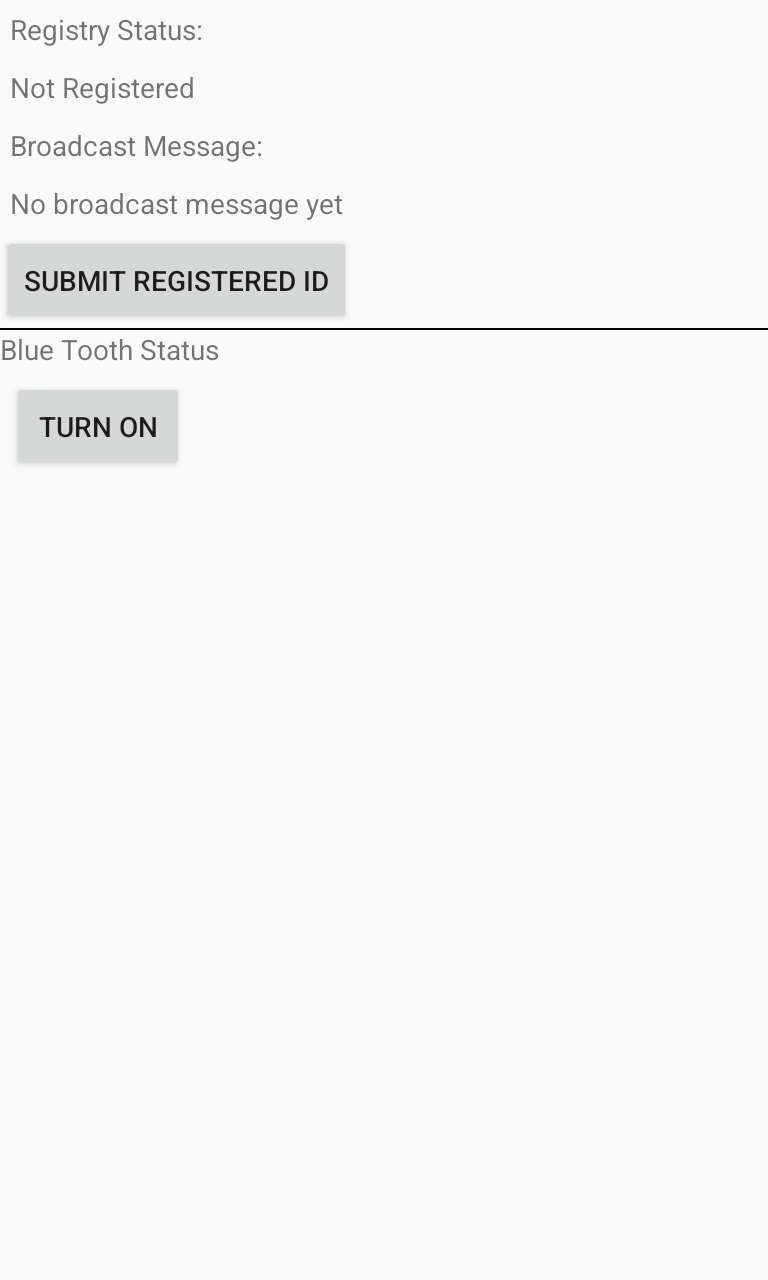
Repository: AlanTai/prjAppIntegration
Layout: prjCandyHouse/res/layout/activity_main.xml
These files come from the project's save history. The layout is drawn as it stood at one moment and after the next save; the edit follows.
It is drawn on a 768 x 1280 px phone screen (xhdpi) without system bars, with theme AppTheme; the app's code is not run.

Above is the layout before, as saved 2014-11-09 17:34:38.

After the next save:
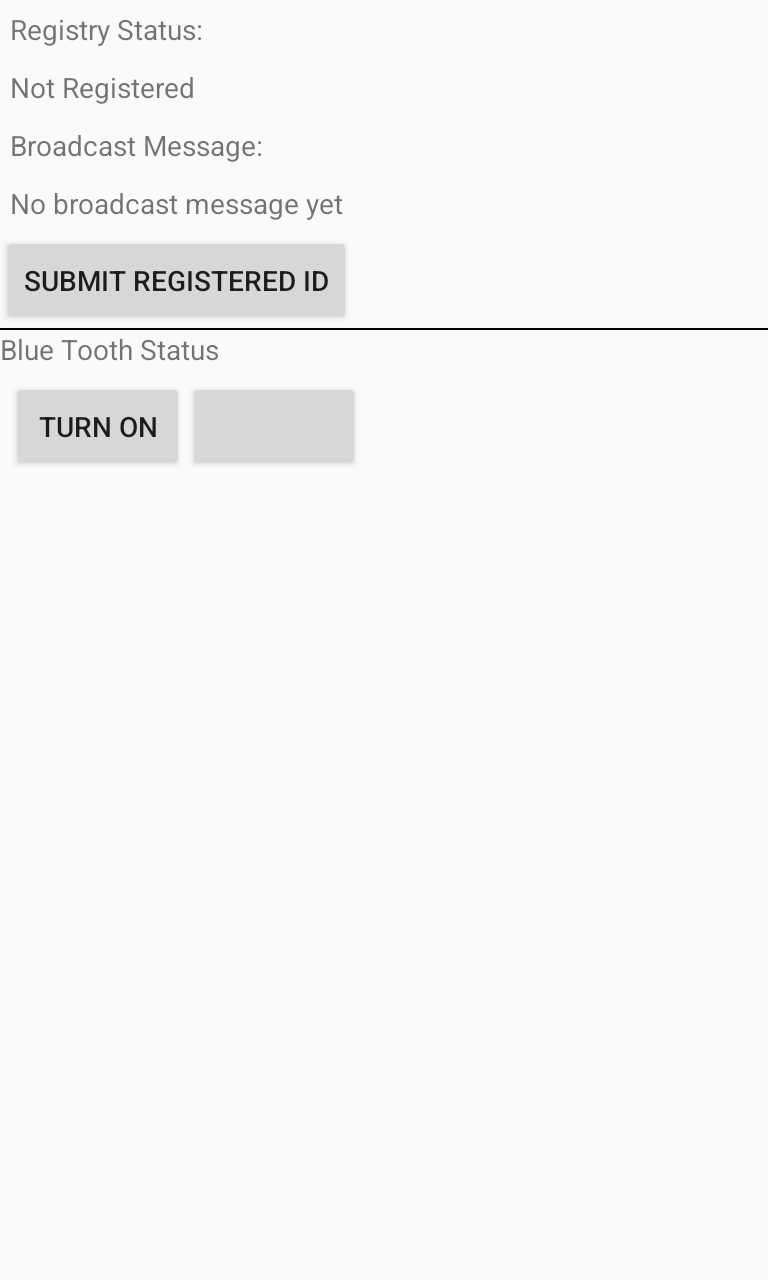
Saved 32 s later.
--- a/prjCandyHouse/res/layout/activity_main.xml
+++ b/prjCandyHouse/res/layout/activity_main.xml
@@ -63,6 +63,11 @@
             android:layout_height="wrap_content"
             android:text="@string/btnTurnOn"/>
 
+        <Button
+            android:id="@+id/btnTurnOff"
+            android:layout_width="wrap_content"
+            android:layout_height="wrap_content"/>
+
     </LinearLayout>
 
 </LinearLayout>
